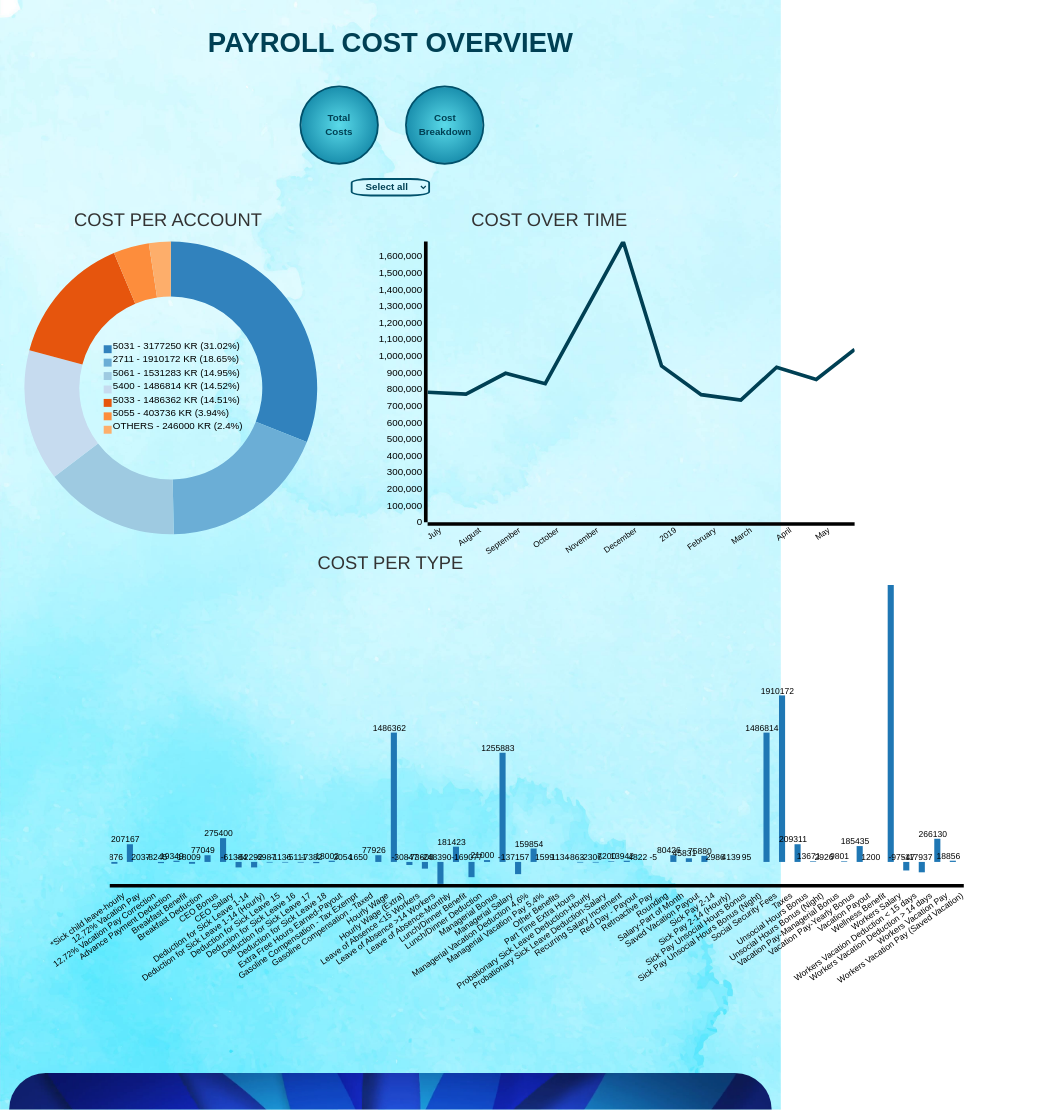
Repository: Code-Institute-Submissions/danfiliphoff-Milestoneproject-2
Page: account.html
The author's editor kept a record of every edit. The page is drawn from the files as they stood at one moment, then again after the next edit.
The browser window is 1280 px wide. The page is 1730 px wide, so the pictures cover 1730 px, including what lies to the right of the window. The pictures show the whole page, at 61% of full size.

Above is the page before.

### account.html
<!DOCTYPE html>
<html lang="en">
<head>
    <meta charset="UTF-8">
    <meta name="viewport" content="width=device-width, initial-scale=1.0">
    <meta http-equiv="X-UA-Compatible" content="ie=edge">
    <title>Payroll Dashboard</title>
    <link rel="stylesheet" href="static/css/style.css" type="text/css" />
    <link rel="stylesheet" href="static/pictures/html_background.jpg" type="image/jpg" />
    <link rel="stylesheet" href="https://stackpath.bootstrapcdn.com/bootstrap/3.3.7/css/bootstrap.min.css" type="text/css" />
    <link rel="stylesheet" href="https://stackpath.bootstrapcdn.com/font-awesome/4.7.0/css/font-awesome.min.css" type="text/css" />
    <script src="https://ajax.googleapis.com/ajax/libs/jquery/3.3.1/jquery.min.js"></script>
    <script src="https://maxcdn.bootstrapcdn.com/bootstrap/3.4.0/js/bootstrap.min.js"></script>
    <script src="static/js/d3.min.js"></script>
    <script src="static/js/d3-time-format.v2.min.js"></script>
    <script src="static/js/crossfilter.min.js"></script>
    <script src="static/js/dc.min.js"></script>
    <script src="static/js/queue.min.js"></script>
    <script src="static/js/account.js"></script>
</head>

<body id="index-body-size,body-account">
    <div class="container-fluid" id="index-background">
        <header>
            <!--*******Title*********-->
                <div >
                   <div class="row">
                        <h1 class="col-md-12 paddingtitle title">
                             <a href="index.html" class="title">
                                 <span>Payroll Cost Overview</span>
                                 <br>
                             </a>
                        </h1>
                   </div>
                </div>
        </header>
        <div class = "body-account">
        <!--****** Navigation Buttons******-->
            <div class="mobile" id="indexcontent">
                <div class="row" id="center-btn">
                    <div class="col-md-12">
                        <form style="display: inline" action="total_cost.html" method="get">
                            <button class="mainbutton">
                                <span>Total<br> Costs</span>
                            </button>
                        </form>
                        <form style="display: inline" action="account.html" method="get">
                            <button class="mainbutton">
                                <span>Cost Breakdown</span>
                            </button>
                        </form>
                    </div>
                </div>
            </div>

            <div class="container">
                <!--*****Salary Type Selector  ******-->
                <div class="row">
                     <div class="col-md-12">
                         <div id= "salary-type-selector"></div>
                     </div>
                </div>
                <!--*****Reset All Button******-->
                <div class="row">
                     <div class="col-md-12">
                         <div id= "salary-type-selector"></div>
                     </div>
                </div>
                <div class="row">
                   <!--*****Pie Charts******-->
                    <section class="col-md-5">
                        <h2 class="h2-chart-heading">COST PER ACCOUNT</h2>
                        <div id="cost-per-account"></div>
                    </section>
                    <!--*****Line Chart******-->
                    <section class="col-md-7">
                        <h2 class="h2-chart-heading">COST OVER TIME</h2>
                        <div id="Cost-Over-Time"></div>
                    </section>
                </div>
               <div class="row">
                    <!--*****Bar Chart******-->
                    <section class="col-md-12">
                        <h2 class="h2-chart-heading">COST PER TYPE</h2>
                        <div id="Cost-Per-Type"></div>
                    </section>
               </div>
            </div>
        </div>

        <!--****** Footer******-->
        <footer class="container-fluid footer-pinned">
            <div class="row footerbackgrund">
            </div>
        </footer>
    </div>
</body>
</html>

### static/css/style.css
/*--------HEADER-------*/
.paddingtitle{
    padding-top:25px;
    text-align: center;
}

.title {
    font-family: "Nunito", Arial;
    font-weight: 800;
    font-size: 45px;
    line-height: 50px;
    text-transform: uppercase;
    color:#004054;
    text-decoration: none !important;
    top: 0.5%;
    position: relative;
}

/*--------Index-------*/
#index-body-size{
    position: fixed;
    height: 100%;
    width: 100%;
    margin-top: -27px;
    margin-left: 0px;
}
#indexcontent{
    text-align: center;
    margin-top: 1%;
}

#welcome-text{
    max-width: 100px;
}

#center-btn{
    margin-right: 20px;
}

.mainbutton{
    border-radius: 50%;
    color: #004054;
    background: radial-gradient(#5adae9, #017296);
    height: 130px;
    width: 130px;
    font-family: "Nunito", Arial;
    font-weight: 800;
    font-size:16px;
    border: 3px solid #00516b;
    transition: all 0.5s;
    cursor: pointer;
    text-align: center;
    margin-bottom: 22px;
    margin-top: 22px;
    margin-left: 40px;
}

.mainbutton:hover{
  box-shadow: 0 12px 16px 0 rgba(0,0,0,0.24), 0 17px 50px 0 rgba(0,0,0,0.19);
}

.mainbutton span{
  cursor: pointer;
  display: inline-block;
  position: relative;
  transition: 0.5s;
}

.mainbutton span:after{
  content: '\00bb';
  position: absolute;
  opacity: 0;
  top: 0;
  right: -20px;
  transition: 0.5s;
}

.mainbutton:hover span{
  padding-right: 25px;
}

.mainbutton:hover span:after{
  opacity: 1;
  right: 0;
}




/*--------GENERAL-------*/

.navbar-fixed-bottom{
    margin-left: 20px;
    margin-right:24px;
}
#index-background{
    position: relative;
    background-repeat:no-repeat;
    background-size:cover;
    background-image: url("../pictures/html_background.jpg");
    height: 107%;
    width: 100%;
}

.body-account{
    padding-bottom:60px;
    height: 100%;
}

.topic-header{
  font-family: "Nunito", Arial;
  font-weight: 700;
  font-size:  43px;
  color:#004054;
  text-align: center;
}

.topic-text{
  font-family: "Nunito", Arial;
  color:black;
  font-size: 13px;
  text-decoration: none!important;
  text-align: justify;
  max-width: 203px;
  margin: 0 auto;
}

.container{
    width: 100% !important;
}

.h2-chart-heading{
    text-align: center;
}

/*--------------SELECTORS AND DROPDOWNS -------------------*/
#salary-type-selector > select,
#index-background > div > div.container > div:nth-child(2) > div > button,
#index-background > div > div.row > div > button
{
    font-family: "Nunito", Arial;
    font-size: 16px;
    background-color: inherit;
    height: 30px;
    width: 130px;
    font-weight: 800;
    border: 3px solid #00516b;
    text-align: center;
}

#salary-type-selector > select,button, input, select, textarea,
#index-background > div > div.container > div:nth-child(2) > div > button,
#index-background > div > div.row > div > button{
    background-color: #D3F8FF;
    border-radius: 25%;
    text-align: center;
}

#index-background > div > div.container > div:nth-child(2) > div > button > a,
#index-background > div > div.row > div > button > a{
    text-transform: uppercase;
}

#index-background > div > div.container > div:nth-child(2) > div > button{
    margin-top:10px!important;
}



.btn-default{
    padding-top:1px!important;
}
/*--------------GRAPHS AND CHARTS GENERAL  -------------------*/
/*below make sures that line grap renders as a line and not as an area*/
.line {
         fill: none;
         stroke: #004054;
         stroke-width: 6px;
         }

#Cost-Per-Type > svg,
#Cost-Over-Time > svg,
#cost-per-account > svg,
#total-cost-pie-chart > svg,
#total-cost-stacked-bar-chart > svg,
#salary-type-selector > select,
#index-background > div > div.container > div:nth-child(2) > div > button,
#index-background > div > div.row > div > button{
    display:block;
    margin:auto;
}

#Cost-Over-Time > svg > g > g.axis.y,
#Cost-Over-Time > svg > g > g.axis.x,
#cost-per-account > svg >.dc-legend,
#total-cost-stacked-bar-chart > svg > g > g.axis.y,
#total-cost-stacked-bar-chart > svg > g > g.axis.x,
#salary-type-selector > select,button, input, select, textarea,
#salary-type-selector > select > option,
#index-background > div > div.container > div:nth-child(2) > div > button > a,
#index-background > div > div.row > div > button > a{
    font-family: "Nunito", Arial;
    font-size: 16px;
    color:#004054;
}

/*--------------GRAPHS AND CHARTS SPECIFIC-------------------*/

#Cost-Per-Type
 .axis.y { display: none;
 }

#Cost-Per-Type > svg > g > g.axis.x > g > text{
    text-anchor: end !important;
}

#cost-per-account > svg >.dc-legend{
    text-transform: uppercase;
}

#Cost-Over-Time > svg > g > g.axis.x {
    font-size: 13.5px;
}

#Cost-Over-Time > svg > g > g.axis.x > g > text{
    transform:rotate(-35deg);
    margin-top: 30px;
    text-anchor: end !important;
}

#Cost-Over-Time > svg{
    overflow: visible;
}

#Cost-Over-Time > svg > g > g.axis.x > g:nth-child(2){
    margin-top: 10px;
}

#total-cost-pie-chart > svg {
    margin-top:-260px;
    margin-bottom: -260px;
}


/*--------------FOOTER-------------------*/


.footerbackgrund{
  bottom: 0;
  margin-top: 50px;
  border-radius: 170px 170px 0px 0px;
  background-repeat:no-repeat;
  background-size:cover;
  background-image: url("../pictures/footerbackground.jpg");
  height: 60px;
}


/*-------------MEDIA QUERYS-----------*/
@media  (min-width: 0px) and (max-width: 426px){
    .title{
        font-weight: 800;
        font-size: 24px;
        line-height: 40px;
        padding-top: 20px;
    }

    .topic-header{
        font-size:  25px;
    }


}

@media (max-width: 320px){
   .topic-text{
        font-size: 12px;
    }
}


@media (max-width: 404px){
    .mainbutton{
        height: 85px;
        width: 85px;
        font-size: 11px;
    }
}

@media  (min-width: 427px) and (max-width: 768px) {
    .title {
        font-weight: 800;
        font-size: 35px;
        line-height: 30px;
        padding-top: 20px;
    }

    .topic-header{
        font-size:  30px;
    }
}


@media (min-width: 768px){

    .topic-text{
        font-size: 15px;
        max-width: 295px;
    }

    #index-body-size{
    margin-top: -31px;
    }

   .navbar-fixed-bottom {
    margin-bottom: -25px;
    }

}

### static/js/account.js
/*steg:
1. skapa HTML.
2. skapa function
3.lägg till function under make graph*/

/*väntar med att skapa graf tills data är laddat*/
queue()
    .defer(d3.csv, "data/account.csv")
    .await(makeAccountDataGraphs);


function makeAccountDataGraphs(error, account){

    var parseDate = d3.time.format("%Y-%m-%d").parse;
    account.forEach(function(d){
        d.PaymentDate = parseDate(d.PaymentDate);
    });

   /* converts all accounts and Sums to integers*/
    account.forEach(function(d){
        d.Account = parseInt(d.Account, 10);
    });

    account.forEach(function(d){
        d.Sum = parseInt(d.Sum, 10);
    });


   var ndx=crossfilter(account);
   salary_type_selector(ndx);
   cost_per_account(ndx);
   cost_per_type(ndx);
   cost_over_time(ndx);
   dc.renderAll();
}


function salary_type_selector(ndx){
    var salary_type_selector_dim = ndx.dimension(dc.pluck('Type'));
    var salary_type_selector_group = salary_type_selector_dim.group();

    dc.selectMenu("#salary-type-selector")
        .dimension(salary_type_selector_dim)
        .group(salary_type_selector_group);
}

function cost_over_time(ndx) {
    var cost_over_time_dim = ndx.dimension(dc.pluck("PaymentDate"));
    var cost_over_time_group = cost_over_time_dim.group().reduceSum(dc.pluck('Sum'));

    var minDate = cost_over_time_dim.bottom(1)[0].PaymentDate;
    var maxDate = cost_over_time_dim.top(1)[0].PaymentDate;

    dc.lineChart('#Cost-Over-Time')
        .width(1000)
        .height(500)
        .margins({top: 10, right: 150, bottom: 30, left: 150})
        .dimension(cost_over_time_dim)
        .elasticY(true)
        .group(cost_over_time_group)
        .transitionDuration(500)
        .x(d3.time.scale().domain([minDate,maxDate]))
        .yAxis().ticks(15);
        }




function cost_per_account(ndx) {
    var cost_per_account_dim = ndx.dimension(dc.pluck("Account"));
    var cost_per_account_group = cost_per_account_dim.group().reduceSum(dc.pluck('Sum'));

    /*räknar ihopp totalen men funkar ej
   var total= cost_per_account_dim.groupAll().reduceSum(function (d) {
       return +d.Sum;
   });
   console.log(total);

    dc.numberDisplay("#total")
        .valueAccessor(function(d){
            console.log(d);
            return +d.Sum})
        .group(total);*/



    dc.pieChart('#cost-per-account')
        .height(500)
        .width(500)
        .radius(240)
        .innerRadius(150)
        .transitionDuration(1500)
        .dimension(cost_per_account_dim)
        .group(cost_per_account_group)
        .slicesCap(6)
        .legend(dc.legend()
            .x(140)
            .y(180)
            .itemHeight(13)
            .gap(9)
            .legendText(
                function(d) {
                  /* console.log(d);för att se vilka nycklar (d.xx, d.något) som ska användas använd den här consolelog*/
                    return d.name + " - " + d.data + " " + "KR ("
            +  Math.round((d.data/(10241617/100))*100)/100 + "%)"})
            )
        .renderLabel(false);
}

function cost_per_type(ndx){
    var cost_per_type_dimension = ndx.dimension(dc.pluck("Type"));
    var cost_per_type_group = cost_per_type_dimension.group().reduceSum(dc.pluck('Sum'));
    var filtered_cost_per_type_group = remove_empty_bins(cost_per_type_group);

    function remove_empty_bins(cost_per_type_group) {
    return {
        all:function () {
            return cost_per_type_group.all().filter(function(d) {
                return d.value !== 0; // if integers only
             });
            }
           };
          }


     dc.barChart('#Cost-Per-Type')
            .width(1700)
            .height(700)
            .margins({top: 10, left: 150, right: 150, bottom: 200})
            .dimension(cost_per_type_dimension)
            .group(filtered_cost_per_type_group)
            .transitionDuration(500)
            .renderLabel(true)/*gets total label for whole bar*/
            .elasticX(true)
            .elasticY(true)
            .gap(15)
            .centerBar(true)
            .x(d3.scale.ordinal())
            .xUnits(dc.units.ordinal)
            .on('renderlet',function (chart) {
                    chart.selectAll("g.x text")
                      .attr('dx', '-10')
                      .attr('transform', "translate(10,0) rotate(-35)");
                });

}

Loaded but not shown: static/js/d3.min.js (library); static/js/d3-time-format.v2.min.js (library); static/js/crossfilter.min.js (library); static/js/dc.min.js (library); static/js/queue.min.js (common file)

After the next edit:
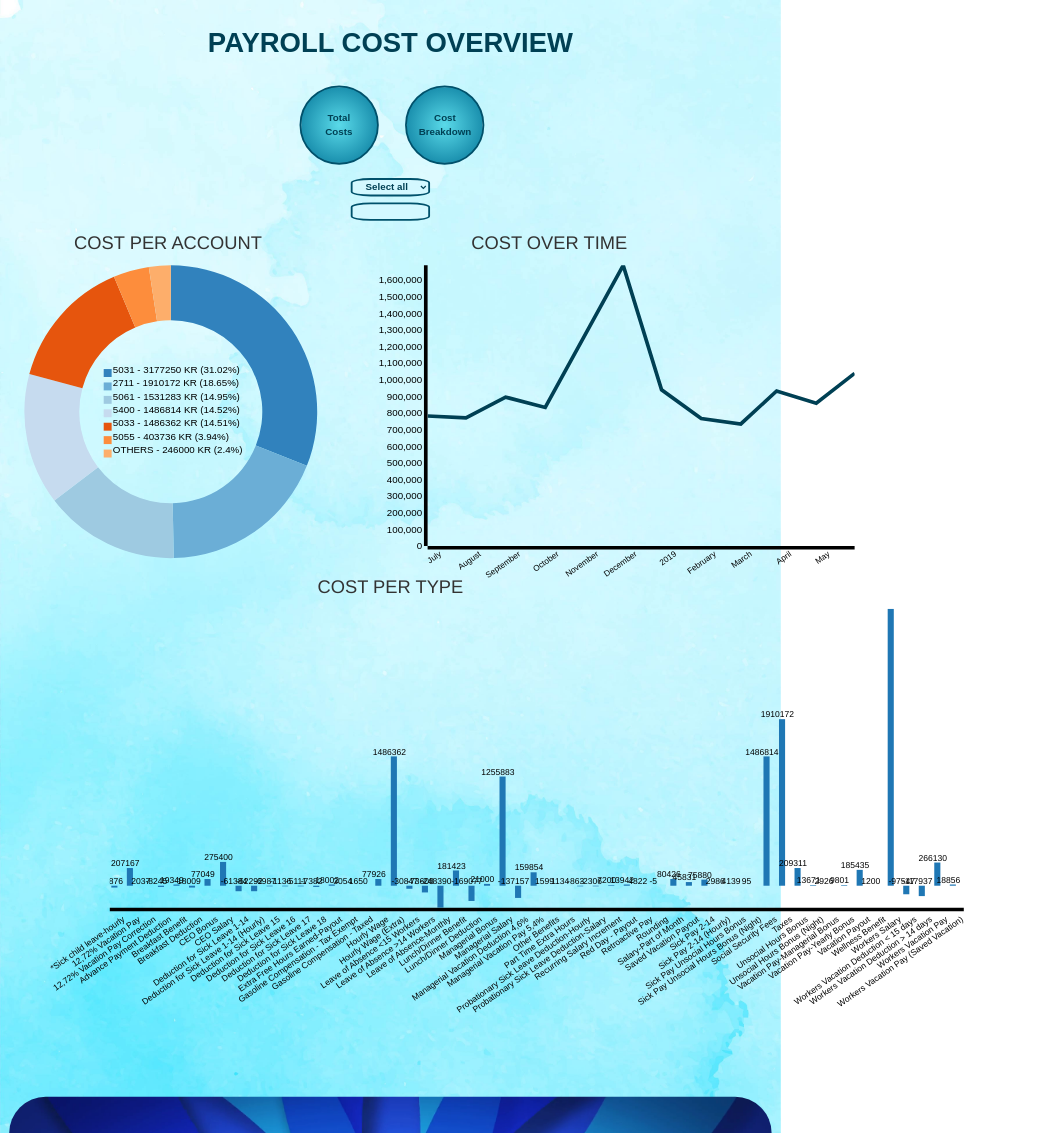
The edit:
--- a/account.html
+++ b/account.html
@@ -63,7 +63,10 @@
                 <!--*****Reset All Button******-->
                 <div class="row">
                      <div class="col-md-12">
-                         <div id= "salary-type-selector"></div>
+                         <button type="button" class="btn btn-default">
+
+                         </button>
+
                      </div>
                 </div>
                 <div class="row">
